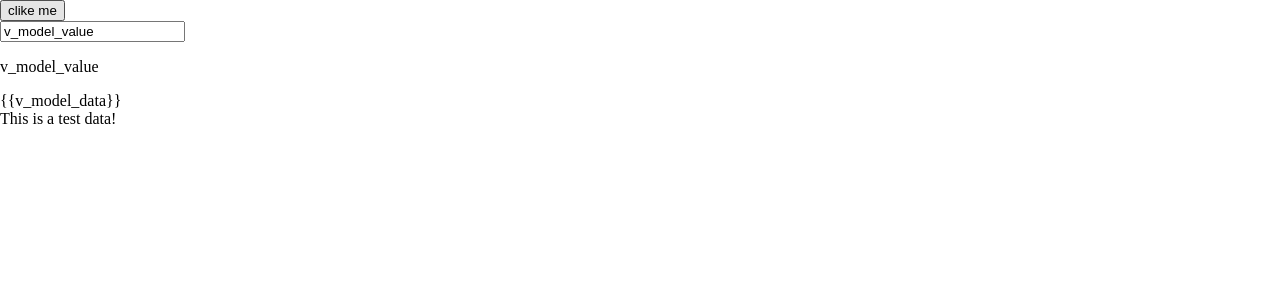
Repository: whoamixl/VueTest
Page: /
These files come from the project's save history. The page is drawn as it stood at one moment and after the next save; the edit follows.
The browser window is 1280 px wide. The pictures show the whole page.
The project was rebuilt for these pictures with package versions that can differ from the ones it lists, and the page was loaded fresh each time. Also part of the build but not shown: src/components/HelloWorld.vue.

Above is the page before, as saved 2021-11-01 20:54:25.

After the next save:
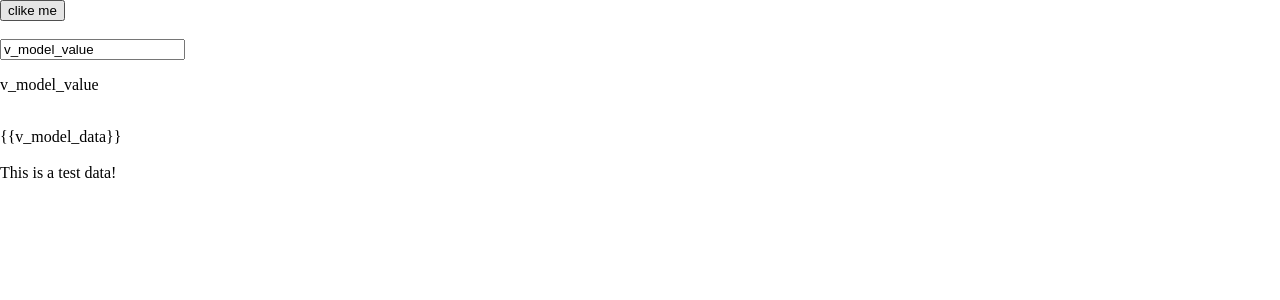
Saved 24 s later.
--- a/src/components/Instruction.vue
+++ b/src/components/Instruction.vue
@@ -2,12 +2,16 @@
     <div id='app'>
         <!-- v-on:click or @click 绑定事件监听器-->
         <button @click="changeValueMed">{{changeValue}}</button>
+        <br>
         <!-- v-bind or :  属性绑定-->
         <div :class="{active:isActive}"></div>
+        <br>
         <!-- v-model 在表单上创建双向数据绑定 -->
         <input v-model="v_model_data"><p>{{v_model_data}}</p>
+        <br>
         <!-- v-pre 原样输出 -->
         <div v-pre>{{v_model_data}}</div>
+        <br>
         <!-- v-cloak 解决闪烁问题 -->
         <div v-cloak>{{msg}}</div>
     </div>
